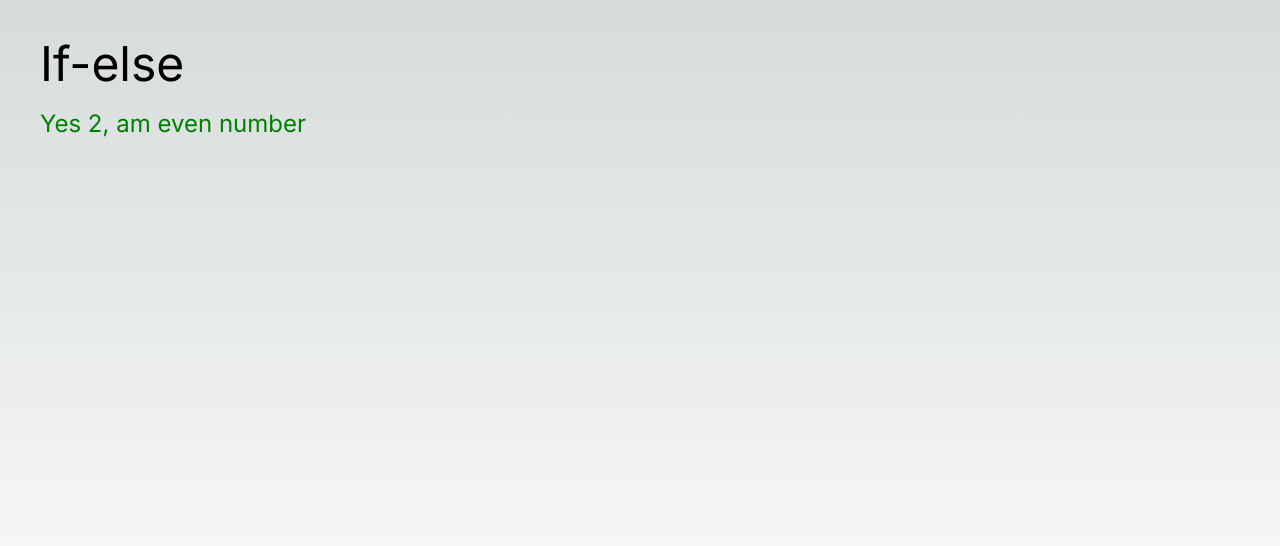
Repository: chapeee/learnNextBella
Page: / (app in basicconcepts/)
An editor plug-in stored every save of this project. The page is shown before and after the next save, followed by the edit.
The browser window is 1280 px wide. The pictures show the whole page.
The project was rebuilt for these pictures with package versions that can differ from the ones it lists, and the page was loaded fresh each time. The framework's server and built-in components were replaced by stand-ins that run in the browser. Also part of the build but not shown: basicconcepts/next.config.mjs.

Above is the page before, as saved 2024-03-22 21:01:40.

After the next save:
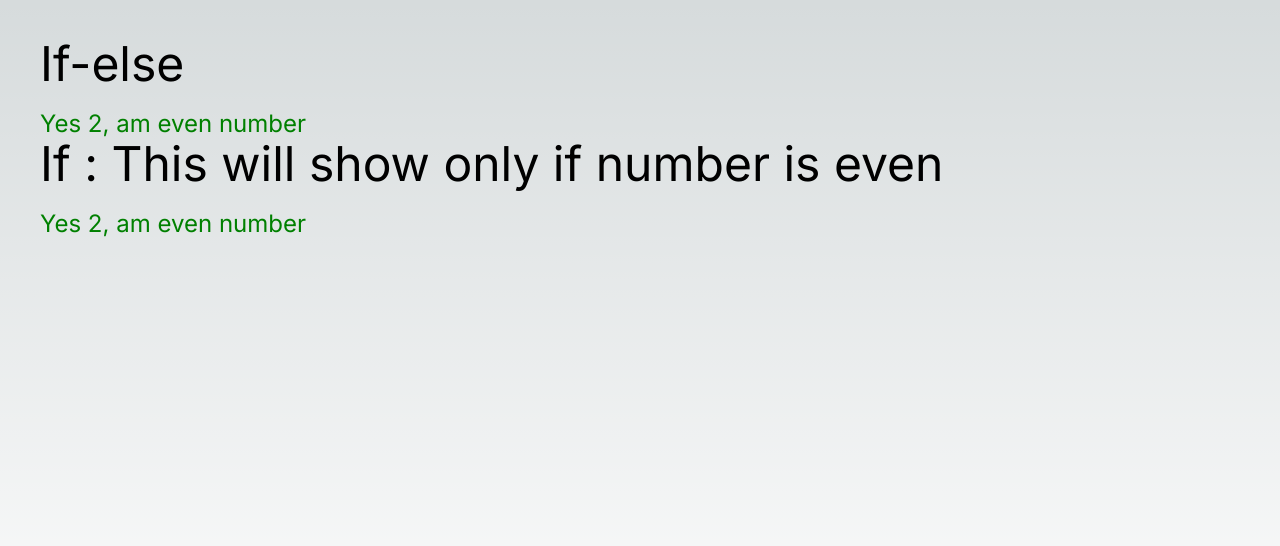
Saved 44 s later.
--- a/basicconcepts/src/app/Components/ConditionRendering.tsx
+++ b/basicconcepts/src/app/Components/ConditionRendering.tsx
@@ -35,6 +35,17 @@ export default function ConditionRendering() {
                 }
             </div>
 
+            <h1 className="text-5xl">If : This will show only if number is even</h1>
+            <div className="mt-5">
+                {
+                    //checking condition (if)
+                    isEvenNumber && (
+                        <div className='text-[green] text-2xl'>Yes {numberEvenOrOdd}, am even number</div>
+                    )
+
+                }
+            </div>
+
 
         </div>
     )
